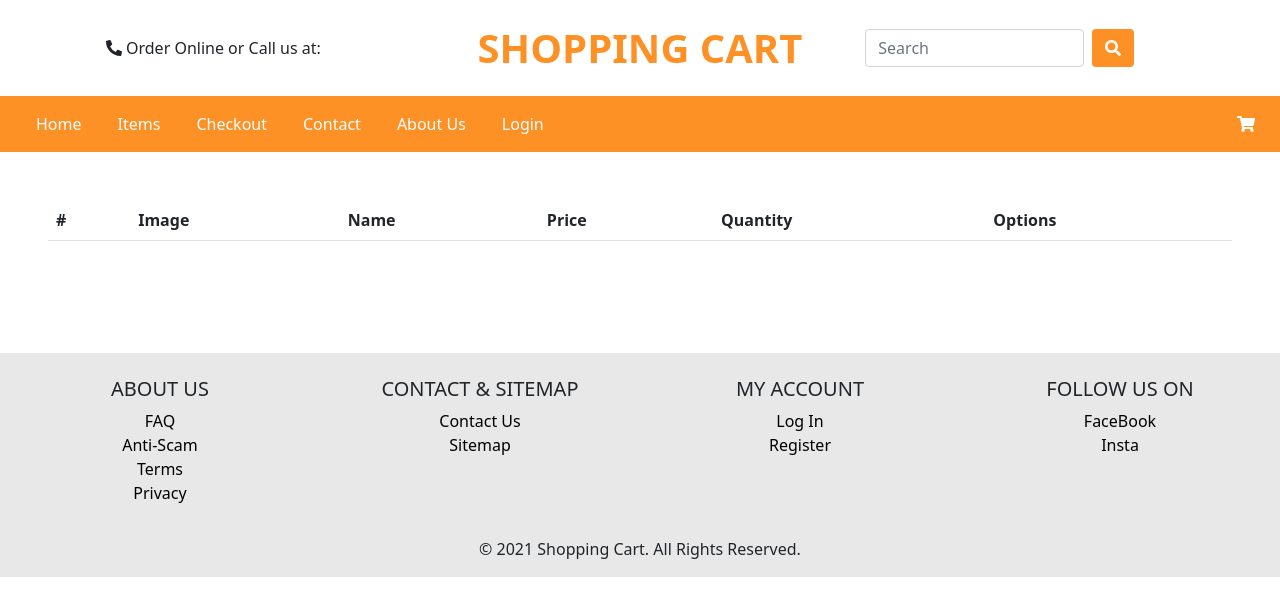
Repository: SaudCh/React-Ecommerce
Page: /cart
The author's editor kept a copy of each file at every save. The page is drawn from the files as they stood at one save, then again after the next save.
The browser window is 1280 px wide. The pictures show the whole page.
The project was rebuilt for these pictures with package versions that can differ from the ones it lists, and the page was loaded fresh each time. Also part of the build but not shown: src/App.css, src/Home/Carousel.jsx, src/data/items.js, src/data/discounted.js, src/Home/Card.jsx, src/Home/home.jsx, src/Login/Login.jsx, src/Register/register.jsx and 3 more.

Above is the page before, as saved 2021-12-22 15:36:12.

### src/App.js
import "./App.css";
import Header from "./Header/Header";
import "../node_modules/bootstrap/dist/css/bootstrap.min.css";
import "../node_modules/bootstrap/dist/js/bootstrap.bundle.min";
import Home from "./Home/home";
import { BrowserRouter, Switch, Route } from "react-router-dom";
import Login from "./Login/Login";
import Register from "./Register/register";
import Item from "./Item/item";
import Footer from "./Footer/Footer";
import React, { useState } from "react";
import Cart from "./Cart/Cart";
import CheckOut from "./CheckOut/CheckOut";

function App() {
  const [cart, setCart] = useState([]);
  const cartHandler = (prod) => {
    //console.log(prod);
    setCart((product) => [...product, prod]);
    //console.log(cart);
  };
  const removeCart = (id) => {
    //console.log(id);
    setCart((c) => {
      return c.filter((ca) => ca.id !== id);
    });
  };
  return (
    <BrowserRouter>
      <Header cart={cart} />
      <Switch>
        <Route path="/" exact>
          <Home cartHandler={cartHandler} />
        </Route>
        <Route path="/product/:pid" exact>
          <Item />
        </Route>
        <Route path="/login" exact>
          <Login />
        </Route>
        <Route path="/register" exact>
          <Register />
        </Route>
        <Route path="/cart" exact>
          {/* <Register /> */}
          <Cart cart={cart} removeCart={removeCart} />
        </Route>
        <Route path="/checkout" exact>
          <CheckOut />
        </Route>
      </Switch>
      <Footer />
    </BrowserRouter>
  );
}

export default App;

### src/Header/Header.jsx
import {
  faPhoneAlt,
  faSearch,
  faShoppingCart,
} from "@fortawesome/free-solid-svg-icons";
import { FontAwesomeIcon } from "@fortawesome/react-fontawesome";
import React from "react";
import { Link } from "react-router-dom";
import "./Header.css";

export default function Header(props) {
  return (
    <div>
      <nav className="container-fluid  my-4">
        <div className="row align-items-center">
          <div className="col-12 col-md-4 my-2 my-lg-0 text-center ">
            <p className="m-0 p-0">
              <FontAwesomeIcon icon={faPhoneAlt} /> Order Online or Call us at:{" "}
            </p>
          </div>
          <div className="col-12 col-md-4 my-2 my-lg-0 text-center">
            <p className="m-0 fw-bold h1" style={{ color: "#fe9126" }}>
              SHOPPING CART
            </p>
          </div>
          <div className="col-12 col-md-4 my-2 my-lg-0 text-center">
            <form class="d-flex col-12 col-lg-8">
              <input
                class="form-control me-2"
                type="search"
                placeholder="Search"
                aria-label="Search"
              />
              <button
                class="btn text-white"
                style={{ backgroundColor: "#fe9126" }}
                type="submit"
              >
                <FontAwesomeIcon icon={faSearch} />
              </button>
            </form>
          </div>
        </div>
      </nav>
      <nav
        class="navbar navbar-expand-md navbar-dark"
        style={{ backgroundColor: "#fe9126" }}
      >
        <div class="container-fluid">
          <Link class="navbar-brand" href="#"></Link>

          <button
            class="navbar-toggler"
            type="button"
            data-bs-toggle="collapse"
            data-bs-target="#navbarSupportedContent"
            aria-controls="navbarSupportedContent"
            aria-expanded="false"
            aria-label="Toggle navigation"
          >
            <span class="navbar-toggler-icon"></span>
          </button>
          <div class="collapse navbar-collapse" id="navbarSupportedContent">
            <ul class="navbar-nav me-auto mb-2 mb-lg-0 nav-ul">
              <li class="nav-item">
                <Link class="nav-link  text-white" aria-current="page" to="/">
                  Home
                </Link>
              </li>
              <li class="nav-item">
                <Link class="nav-link  text-white" to="#">
                  Items
                </Link>
              </li>

              <li class="nav-item">
                <Link
                  class="nav-link text-white"
                  to="#"
                  tabindex="-1"
                  aria-disabled="true"
                >
                  Checkout
                </Link>
              </li>
              <li class="nav-item">
                <Link
                  class="nav-link text-white"
                  to="#"
                  tabindex="-1"
                  aria-disabled="true"
                >
                  Contact
                </Link>
              </li>
              <li class="nav-item">
                <Link
                  class="nav-link text-white"
                  to="#"
                  tabindex="-1"
                  aria-disabled="true"
                >
                  About Us
                </Link>
              </li>
              <li class="nav-item">
                <Link
                  class="nav-link text-white"
                  to="/login"
                  tabindex="-1"
                  aria-disabled="true"
                >
                  Login
                </Link>
              </li>
            </ul>
            <Link to="/cart" className="btn text-white">
              <FontAwesomeIcon icon={faShoppingCart} />
              {props.cart.length ? (
                <span
                  className="bg-danger"
                  style={{
                    borderRadius: "50%",
                    position: "absolute",
                    top: 10,
                    right: 10,
                    height: 20,
                    width: 20,
                    display: "flex",
                    alignItems: "center",
                    justifyContent: "center",
                  }}
                >
                  {props.cart.length}
                </span>
              ) : null}
            </Link>
          </div>
        </div>
      </nav>
    </div>
  );
}

### src/Footer/Footer.jsx
import React from "react";
import "./footer.css";

export default function Footer() {
  return (
    <footer
      style={{ backgroundColor: "#e8e8e8" }}
      class="page-footer font-small blue pt-4 mt-5"
    >
      <div class="container-fluid text-center text-md-left">
        <div class="row">
          <div class="col-md-3 mb-md-0 mb-3">
            <h5 class="text-uppercase">ABOUT US</h5>

            <ul class="list-unstyled">
              <li>
                <a href="#!">FAQ</a>
              </li>
              <li>
                <a href="#!">Anti-Scam</a>
              </li>
              <li>
                <a href="#!">Terms</a>
              </li>
              <li>
                <a href="#!">Privacy</a>
              </li>
            </ul>
          </div>
          <div class="col-md-3 mb-md-0 mb-3">
            <h5 class="text-uppercase">CONTACT & SITEMAP</h5>

            <ul class="list-unstyled">
              <li>
                <a href="#!">Contact Us</a>
              </li>
              <li>
                <a href="#!">Sitemap</a>
              </li>
            </ul>
          </div>
          <div class="col-md-3 mb-md-0 mb-3">
            <h5 class="text-uppercase">MY ACCOUNT</h5>

            <ul class="list-unstyled">
              <li>
                <a href="#!">Log In</a>
              </li>
              <li>
                <a href="#!">Register</a>
              </li>
            </ul>
          </div>

          <div class="col-md-3 mb-md-0 mb-3">
            <h5 class="text-uppercase">FOLLOW US ON</h5>

            <ul class="list-unstyled">
              <li>
                <a href="#!">FaceBook</a>
              </li>
              <li>
                <a href="#!">Insta</a>
              </li>
            </ul>
          </div>
        </div>
      </div>

      <div class="footer-copyright text-center py-3">
        © 2021 Shopping Cart. All Rights Reserved.
      </div>
    </footer>
  );
}

### src/Cart/Cart.jsx
import { faArrowRight, faTrash } from "@fortawesome/free-solid-svg-icons";
import { FontAwesomeIcon } from "@fortawesome/react-fontawesome";
import React from "react";

export default function Cart(props) {
  return (
    <div className="p-5">
      <table class="table align-middle">
        <thead>
          <tr>
            <th scope="col">#</th>
            <th scope="col">Image</th>
            <th scope="col">Name</th>
            <th scope="col">Price</th>
            <th scope="col">Quantity</th>
            <th scope="col">Options</th>
          </tr>
        </thead>
        <tbody>
          {props.cart.map((e, index) => (
            <tr>
              <th scope="row">{index + 1}</th>
              <td>
                <img src={e.img} width={80} alt="" />
              </td>
              <td>{e.name}</td>
              <td>{e.price}</td>
              <td>
                <div className="d-flex">
                  <p
                    className="bg-danger text-white"
                    style={{ width: 20, paddingLeft: "7px" }}
                  >
                    -
                  </p>
                  <p className="mx-2">1</p>
                  <p
                    className="bg-info text-white"
                    style={{ width: 20, paddingLeft: "5px" }}
                  >
                    +
                  </p>
                </div>
              </td>
              <td>
                <button
                  onClick={() => props.removeCart(e.id)}
                  className="btn btn-danger btn-sm"
                >
                  <FontAwesomeIcon icon={faTrash} />
                </button>
              </td>
            </tr>
          ))}
        </tbody>
      </table>
      {props.cart.length ? (
        <div
          className="bg-danger d-flex justify-content-center rounded "
          style={{
            position: "absolute",
            right: "30px",
            width: 250,
            height: 30,
            paddingTop: 1,
          }}
        >
          <p className="text-white fw-bold">
            Total: 100Rs Continue <FontAwesomeIcon icon={faArrowRight} />
          </p>
        </div>
      ) : null}
    </div>
  );
}

### src/Header/Header.css
.nav-ul li {
  margin-right: 20px;
}

### src/Footer/footer.css
* {
  margin: 0;
  padding: 0;
}
.links {
  color: black;
  text-decoration: none;
}
.links:hover {
  color: black;
}

footer a {
  color: black;
  text-decoration: none;
}
footer a:hover {
  color: black;
}

Loaded but not shown: public/index.html (common file); src/index.js (common file); src/reportWebVitals.js (common file)

After the next save:
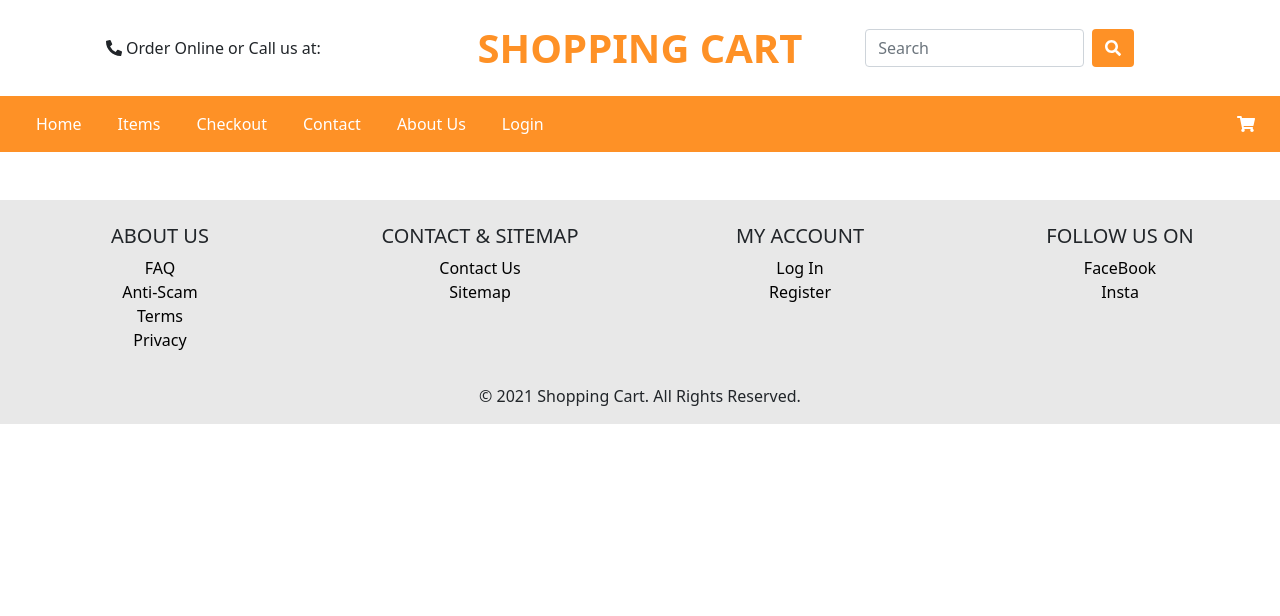
Saved 64 s later.
--- a/src/Cart/Cart.jsx
+++ b/src/Cart/Cart.jsx
@@ -3,6 +3,9 @@ import { FontAwesomeIcon } from "@fortawesome/react-fontawesome";
 import React from "react";
 
 export default function Cart(props) {
+  if (props.cart.length === 0) {
+    return null;
+  }
   return (
     <div className="p-5">
       <table class="table align-middle">
